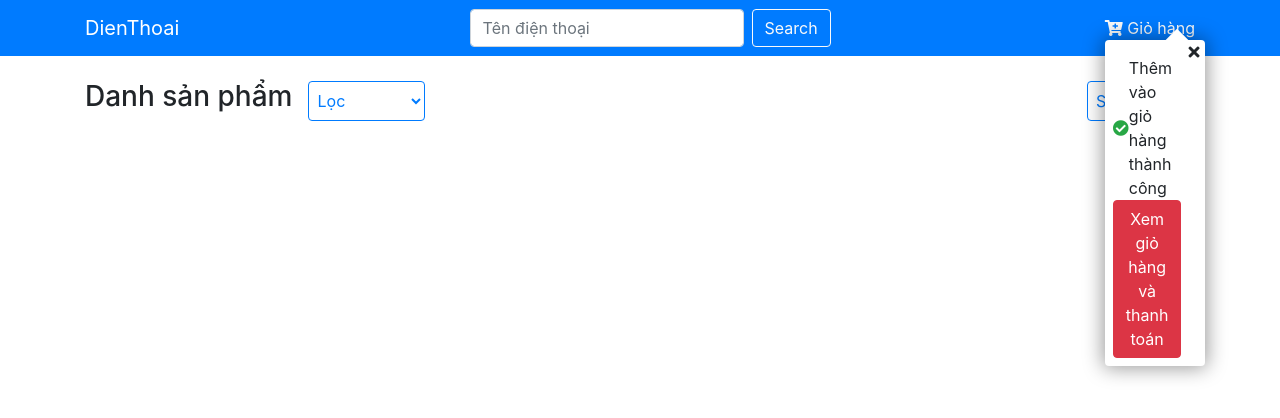
Repository: dovanthao2404/BC14_Bai_Tap_Ban_Dien_Thoai_dovanthao
Page: app/views/index.html
An editor plug-in stored every save of this project. The page is shown before and after the next save, followed by the edit.
The browser window is 1280 px wide. The pictures show the whole page.
Some web libraries are served in a nearby version. The style sheet was rebuilt from its Sass, Less or Tailwind sources for each picture, by a compiler version that may differ from the author's.

Above is the page before, as saved 2021-08-14 16:41:58.
Console error (its wording comes from the project's code and is left out).

After the next save:
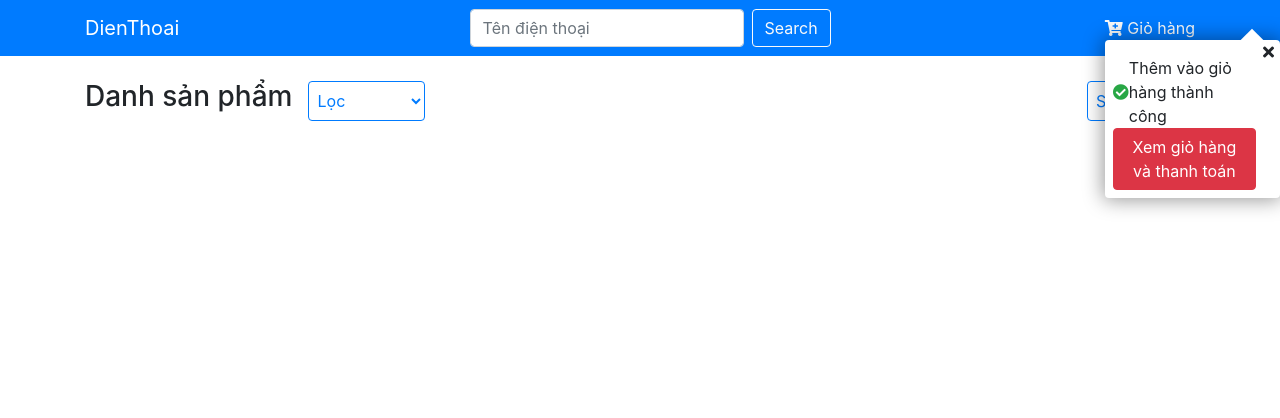
Saved 38 s later.
--- a/app/views/index.html
+++ b/app/views/index.html
@@ -44,8 +44,8 @@
             aria-label="Search">
           <button id="btnSearch" class="btn btn-outline-light my-2 my-sm-0" type="button">Search</button>
         </form>
-        <div class="phone-cart position-relative">
-          <a href="cart.html" class="text-light">
+        <div class="phone-cart">
+          <a href="cart.html" class="text-light position-relative">
             <i class="fa fa-cart-plus"></i> Giỏ hàng
           </a>
 
